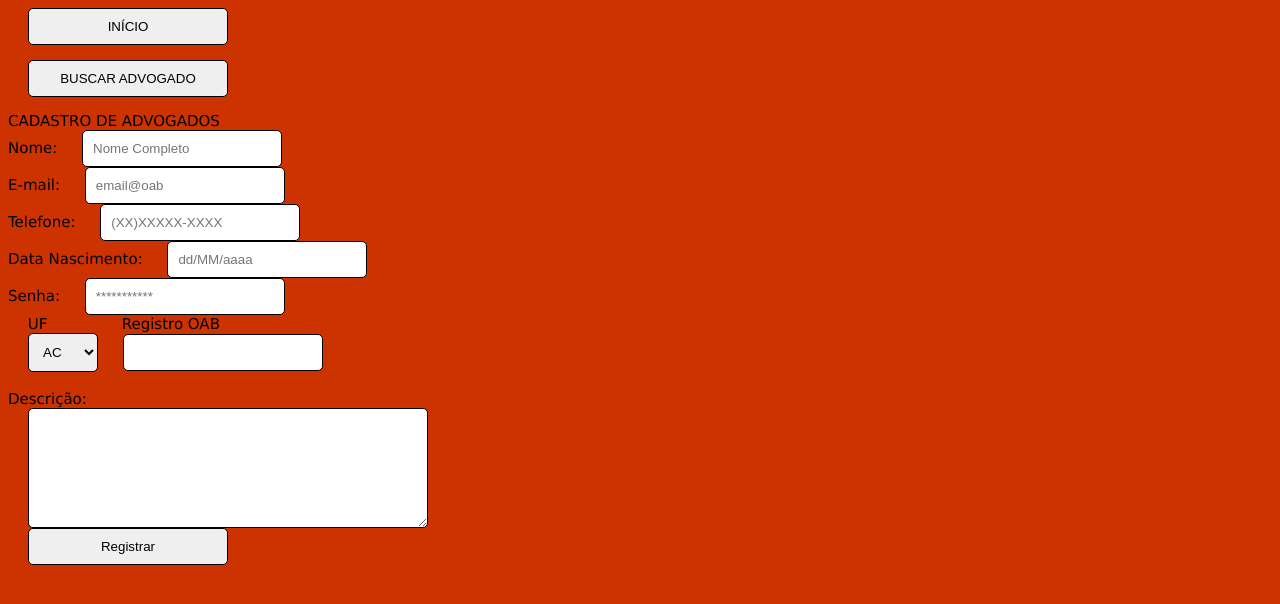
Repository: Natan16/CRUDJUSTTO
Page: http://localhost/CRUDJUSTTOWEB/adiciona-advogado.jsp
The author's editor kept a copy of each file at every save. The page is drawn from the files as they stood at one save, then again after the next save.
The browser window is 1280 px wide. The pictures show the whole page.
The page is served by Tomcat 9.

Above is the page before, as saved 2019-09-01 03:12:27.

After the next save:
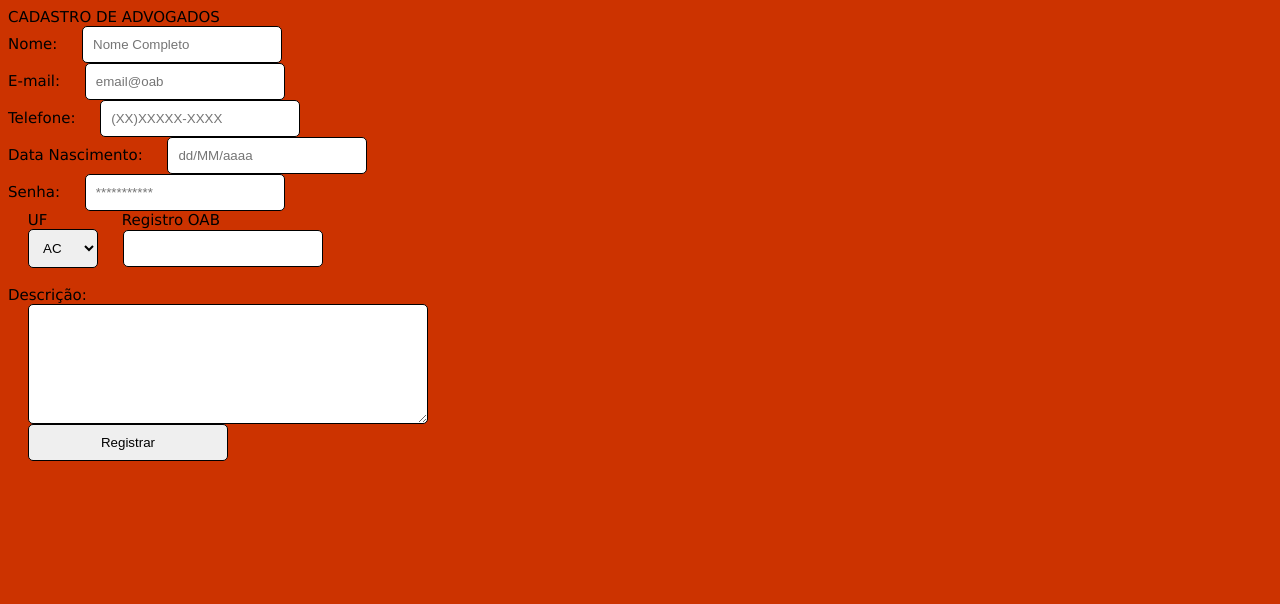
Saved 54 s later.
--- a/CRUDJUSTTOWEB/WebContent/adiciona-advogado.jsp
+++ b/CRUDJUSTTOWEB/WebContent/adiciona-advogado.jsp
@@ -9,11 +9,11 @@
 	</head>
      <body>
 
-     	<form action="index.html" method="post">
+     	<form action="index.html" method="post" style="float:left;>
 			<input type="submit" value="INÍCIO" >
 		</form>
 
-		<form action="consulta-advogado.jsp" method="post">
+		<form action="consulta-advogado.jsp" method="post" style="float:left;>
 			<input type="submit" value="BUSCAR ADVOGADO" >
 		</form>
           CADASTRO DE ADVOGADOS <br />

After the save that followed:
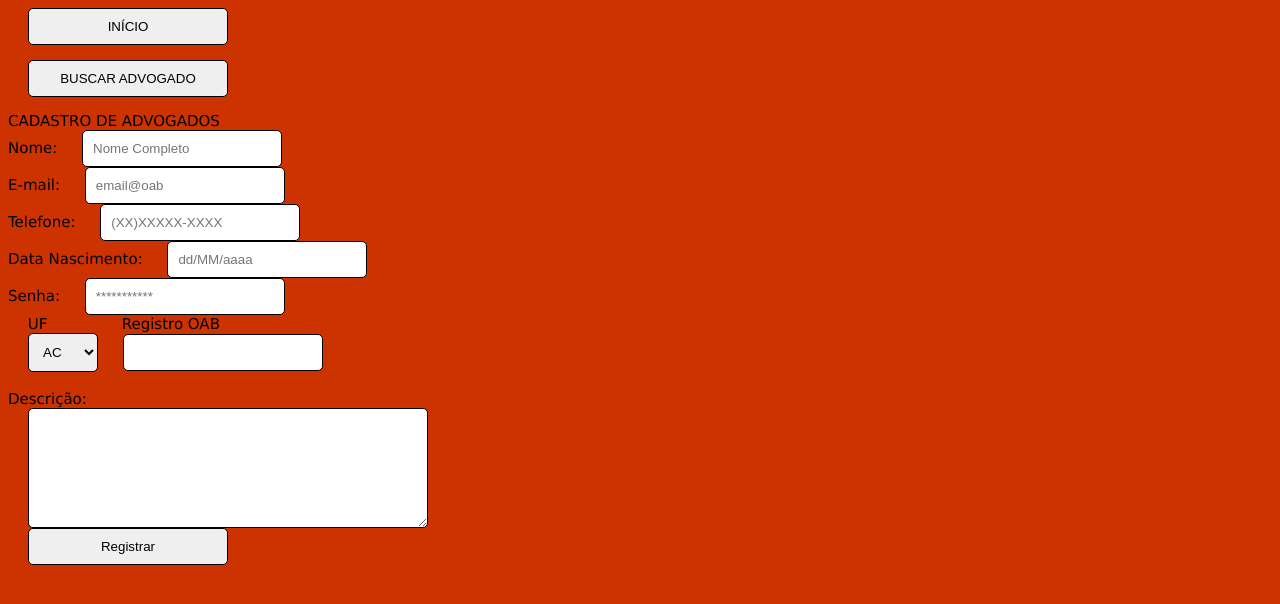
Saved 9 s later.
--- a/CRUDJUSTTOWEB/WebContent/adiciona-advogado.jsp
+++ b/CRUDJUSTTOWEB/WebContent/adiciona-advogado.jsp
@@ -9,11 +9,11 @@
 	</head>
      <body>
 
-     	<form action="index.html" method="post" style="float:left;>
+     	<form action="index.html" method="post" >
 			<input type="submit" value="INÍCIO" >
 		</form>
 
-		<form action="consulta-advogado.jsp" method="post" style="float:left;>
+		<form action="consulta-advogado.jsp" method="post">
 			<input type="submit" value="BUSCAR ADVOGADO" >
 		</form>
           CADASTRO DE ADVOGADOS <br />
